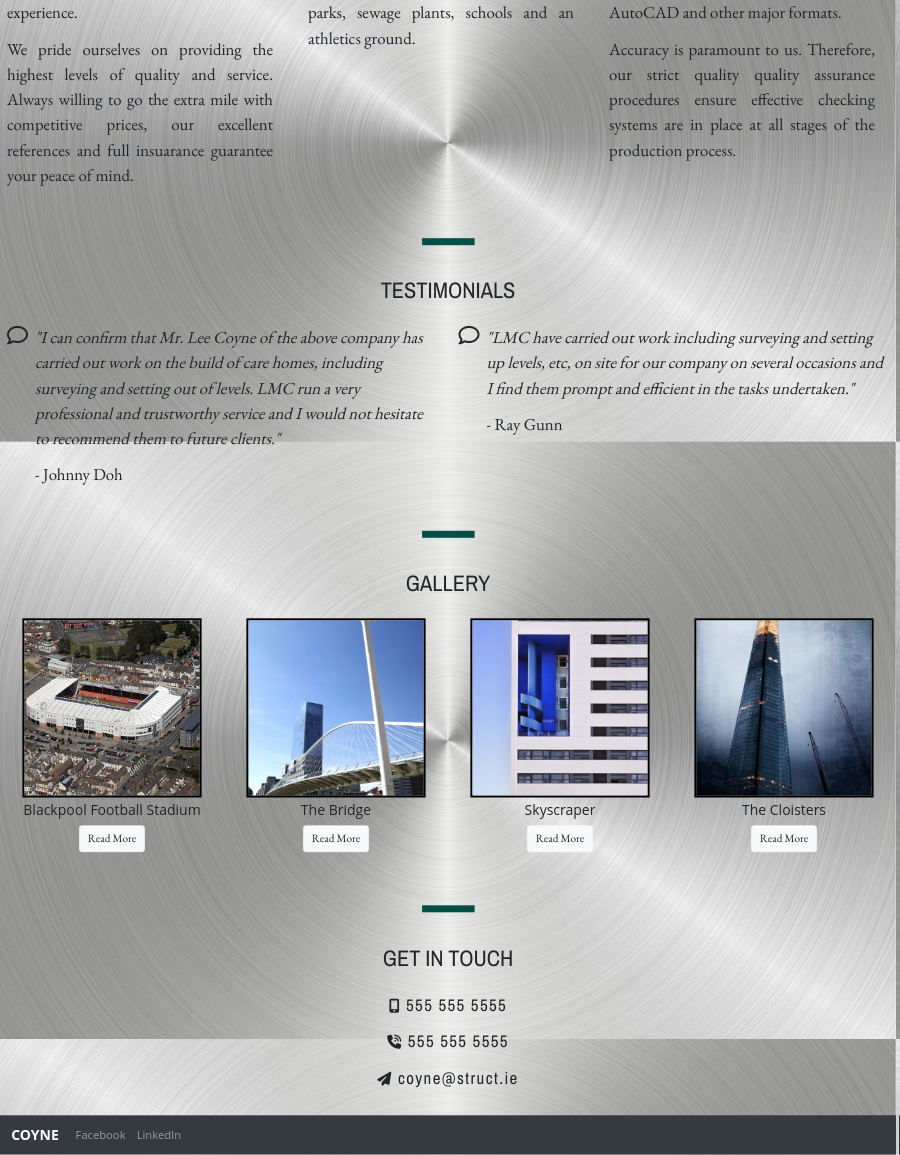
Repository: Leo-Cullen/first-milestone-project
Page: index.html
The author's editor kept a record of every edit. The page is drawn from the files as they stood at one moment, then again after the next edit.
The browser window is 1280 px wide. The page is 1285 px wide, so the pictures cover 1285 px, including what lies to the right of the window. The pictures show the part of the page from y = 1075 to 2955 px (the page is 2725 px tall before and 2955 px after), at 70% of full size.
Backgrounds fixed to the window are drawn as part of the page. Some web libraries are served in a nearby version.

Above is the page before.

After the next edit:
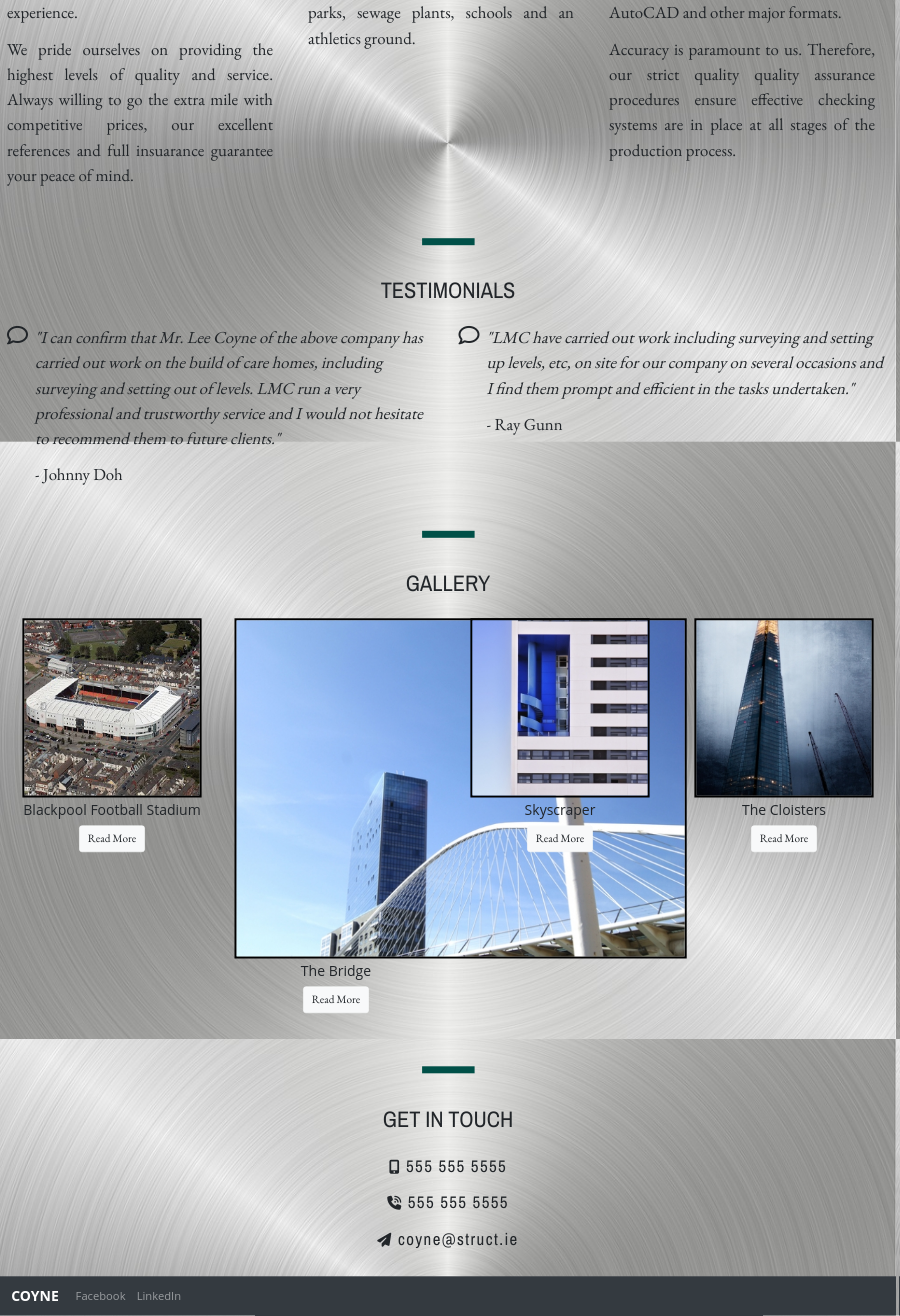
The edit:
--- a/index.html
+++ b/index.html
@@ -141,7 +141,7 @@
                     <p><a class="btn btn-small btn-light" href="#">Read More</a></p>
                 </div>
                 <div class="col-md-6 col-xl-3">
-                    <img src="assets/images/bridge-250x250.jpg" />
+                    <img src="assets/images/bridge-640x480.jpg" />
                     <h5>The Bridge</h5>
                     <p><a class="btn btn-small btn-light" href="#">Read More</a></p>
                 </div>
